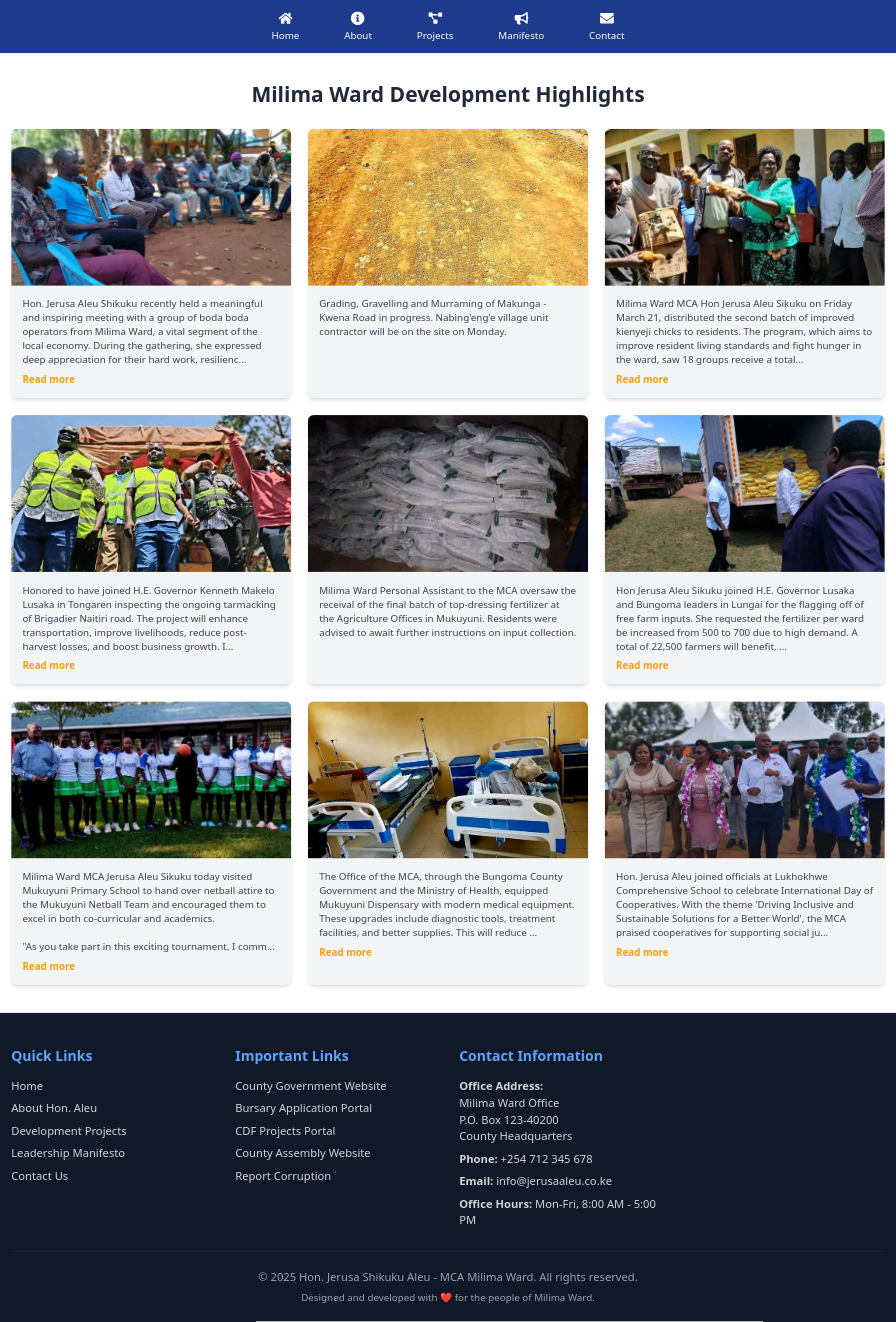
Repository: Engineer-collo/Hon_Jerusa_Shikuku_Aleu
Page: /projects
An editor plug-in stored every save of this project. The page is shown before and after a run of saves, followed by the edit.
The browser window is 1280 px wide. The pictures show the whole page, at 70% of full size.
The project was rebuilt for these pictures with package versions that can differ from the ones it lists, and the page was loaded fresh each time. Also part of the build but not shown: vite.config.js, src/Hero.jsx, src/Home.jsx, src/About.jsx, src/Manifesto.jsx, src/Contact.jsx.

Above is the page before, as saved 2025-07-18 18:16:20.

### index.html
<!DOCTYPE html>
<html lang="en">
<head>
  <meta charset="UTF-8">
  <meta name="viewport" content="width=device-width, initial-scale=1.0">
  <title>React Vite Starter</title>
</head>
<body class="bg-gray-100">
  <div id="root"></div>
  <script type="module" src="/src/main.jsx"></script>
</body>
</html>

### src/main.jsx
import React from 'react'
import ReactDOM from 'react-dom/client'
import './index.css'
import App from './App'

ReactDOM.createRoot(document.getElementById('root')).render(
  <React.StrictMode>
    <App />
  </React.StrictMode>,
)

### src/App.jsx
import React from 'react';
import { BrowserRouter as Router, Routes, Route } from 'react-router-dom';
import Footer from './Footer';
import Navbar from './Navbar';
import Homepage from './Home';
import About from './About';
import Projects from './Projects';
import Manifesto from './Manifesto';
import Contact from './Contact';

function App() {
  return (
    <Router>
      <div className="min-h-screen w-full overflow-x-hidden bg-gray-50 flex flex-col">
        <Navbar />
        <div className="flex-1 flex flex-col">
          <Routes>
            <Route path="/" element={<Homepage />} />
            <Route path="/about" element={<About />} />
            <Route path="/projects" element={<Projects />} />
            <Route path="/manifesto" element={<Manifesto />} />
            <Route path="/contact" element={<Contact />} />
          </Routes>
        </div>
        <Footer />
      </div>
    </Router>
  );
}

export default App;

### src/Footer.jsx
import React from 'react';
import { Link } from 'react-router-dom';

const Footer = () => {
  return (
    <footer className="bg-gray-900 text-white pt-12 pb-6 w-full">
      <div className="w-full px-4">
        <div className="grid grid-cols-1 md:grid-cols-2 lg:grid-cols-4 gap-8 w-full">


          {/* Quick Links */}
          <div>
            <h3 className="text-xl font-bold mb-4 text-blue-400">Quick Links</h3>
            <ul className="space-y-2">
              <li>
                <Link to="/" className="text-gray-300 hover:text-white transition-colors duration-300">
                  Home
                </Link>
              </li>
              <li>
                <Link to="/about" className="text-gray-300 hover:text-white transition-colors duration-300">
                  About Hon. Aleu
                </Link>
              </li>
              <li>
                <Link to="/projects" className="text-gray-300 hover:text-white transition-colors duration-300">
                  Development Projects
                </Link>
              </li>
              <li>
                <Link to="/manifesto" className="text-gray-300 hover:text-white transition-colors duration-300">
                  Leadership Manifesto
                </Link>
              </li>
              <li>
                <Link to="/contact" className="text-gray-300 hover:text-white transition-colors duration-300">
                  Contact Us
                </Link>
              </li>
            </ul>
          </div>

          {/* Important Links */}
          <div>
            <h3 className="text-xl font-bold mb-4 text-blue-400">Important Links</h3>
            <ul className="space-y-2">
              <li>
                <a href="#" className="text-gray-300 hover:text-white transition-colors duration-300">
                  County Government Website
                </a>
              </li>
              <li>
                <a href="#" className="text-gray-300 hover:text-white transition-colors duration-300">
                  Bursary Application Portal
                </a>
              </li>
              <li>
                <a href="#" className="text-gray-300 hover:text-white transition-colors duration-300">
                  CDF Projects Portal
                </a>
              </li>
              <li>
                <a href="#" className="text-gray-300 hover:text-white transition-colors duration-300">
                  County Assembly Website
                </a>
              </li>
              <li>
                <a href="#" className="text-gray-300 hover:text-white transition-colors duration-300">
                  Report Corruption
                </a>
              </li>
            </ul>
          </div>

          {/* Contact Info */}
          <div>
            <h3 className="text-xl font-bold mb-4 text-blue-400">Contact Information</h3>
            <address className="not-italic text-gray-300">
              <div className="mb-2">
                <strong>Office Address:</strong><br />
                Milima Ward Office<br />
                P.O. Box 123-40200<br />
                County Headquarters
              </div>
              <div className="mb-2">
                <strong>Phone:</strong> +254 712 345 678
              </div>
              <div className="mb-2">
                <strong>Email:</strong> info@jerusaaleu.co.ke
              </div>
              <div>
                <strong>Office Hours:</strong> Mon-Fri, 8:00 AM - 5:00 PM
              </div>
            </address>
          </div>
        </div>

        {/* Copyright */}
        <div className="border-t border-gray-800 mt-8 pt-6 text-center text-gray-400">
          <p>
            &copy; {new Date().getFullYear()} Hon. Jerusa Shikuku Aleu - MCA Milima Ward. All rights reserved.
          </p>
          <p className="mt-2 text-sm">
            Designed and developed with ❤️ for the people of Milima Ward.
          </p>
        </div>
      </div>
    </footer>
  );
};

export default Footer;

### src/Navbar.jsx
import React, { useState } from 'react';
import { Link } from 'react-router-dom';
import {
  FaHome,
  FaInfoCircle,
  FaProjectDiagram,
  FaBullhorn,
  FaEnvelope,
  FaBars,
  FaTimes,
} from 'react-icons/fa';

const Navbar = () => {
  const [isOpen, setIsOpen] = useState(false);

  const toggleMenu = () => setIsOpen(!isOpen);

  return (
    <>
      {/* Mobile Menu Toggle */}
      <div className="md:hidden p-4 flex justify-between items-center bg-blue-900 text-white">
        <h1 className="text-xl font-bold">My Site</h1>
        <button onClick={toggleMenu}>
          {isOpen ? <FaTimes size={24} /> : <FaBars size={24} />}
        </button>
      </div>

      {/* Mobile Sidebar */}
      {isOpen && (
        <div className="md:hidden fixed top-0 left-0 h-full w-3/4 bg-blue-800 text-white p-6 z-50 transition-all">
          <div className="flex flex-col space-y-6 text-lg">
            <Link to="/" onClick={toggleMenu} className="flex items-center gap-3">
              <FaHome /> Home
            </Link>
            <Link to="/about" onClick={toggleMenu} className="flex items-center gap-3">
              <FaInfoCircle /> About
            </Link>
            <Link to="/projects" onClick={toggleMenu} className="flex items-center gap-3">
              <FaProjectDiagram /> Projects
            </Link>
            <Link to="/manifesto" onClick={toggleMenu} className="flex items-center gap-3">
              <FaBullhorn /> Manifesto
            </Link>
            <Link to="/contact" onClick={toggleMenu} className="flex items-center gap-3">
              <FaEnvelope /> Contact
            </Link>
          </div>
        </div>
      )}

      {/* Desktop Navbar */}
      <div className="hidden md:flex justify-center bg-blue-900 text-white py-4">
        <div className="flex gap-16 text-center">
          <Link to="/" className="flex flex-col items-center hover:text-amber-400 transition">
            <FaHome size={20} />
            <span className="mt-1 text-sm">Home</span>
          </Link>
          <Link to="/about" className="flex flex-col items-center hover:text-amber-400 transition">
            <FaInfoCircle size={20} />
            <span className="mt-1 text-sm">About</span>
          </Link>
          <Link to="/projects" className="flex flex-col items-center hover:text-amber-400 transition">
            <FaProjectDiagram size={20} />
            <span className="mt-1 text-sm">Projects</span>
          </Link>
          <Link to="/manifesto" className="flex flex-col items-center hover:text-amber-400 transition">
            <FaBullhorn size={20} />
            <span className="mt-1 text-sm">Manifesto</span>
          </Link>
          <Link to="/contact" className="flex flex-col items-center hover:text-amber-400 transition">
            <FaEnvelope size={20} />
            <span className="mt-1 text-sm">Contact</span>
          </Link>
        </div>
      </div>
    </>
  );
};

export default Navbar;

Loaded but not shown: src/index.css (common file); tailwind.config.js (common file); src/Projects.jsx (371 lines, source omitted)

After the next 2 saves:
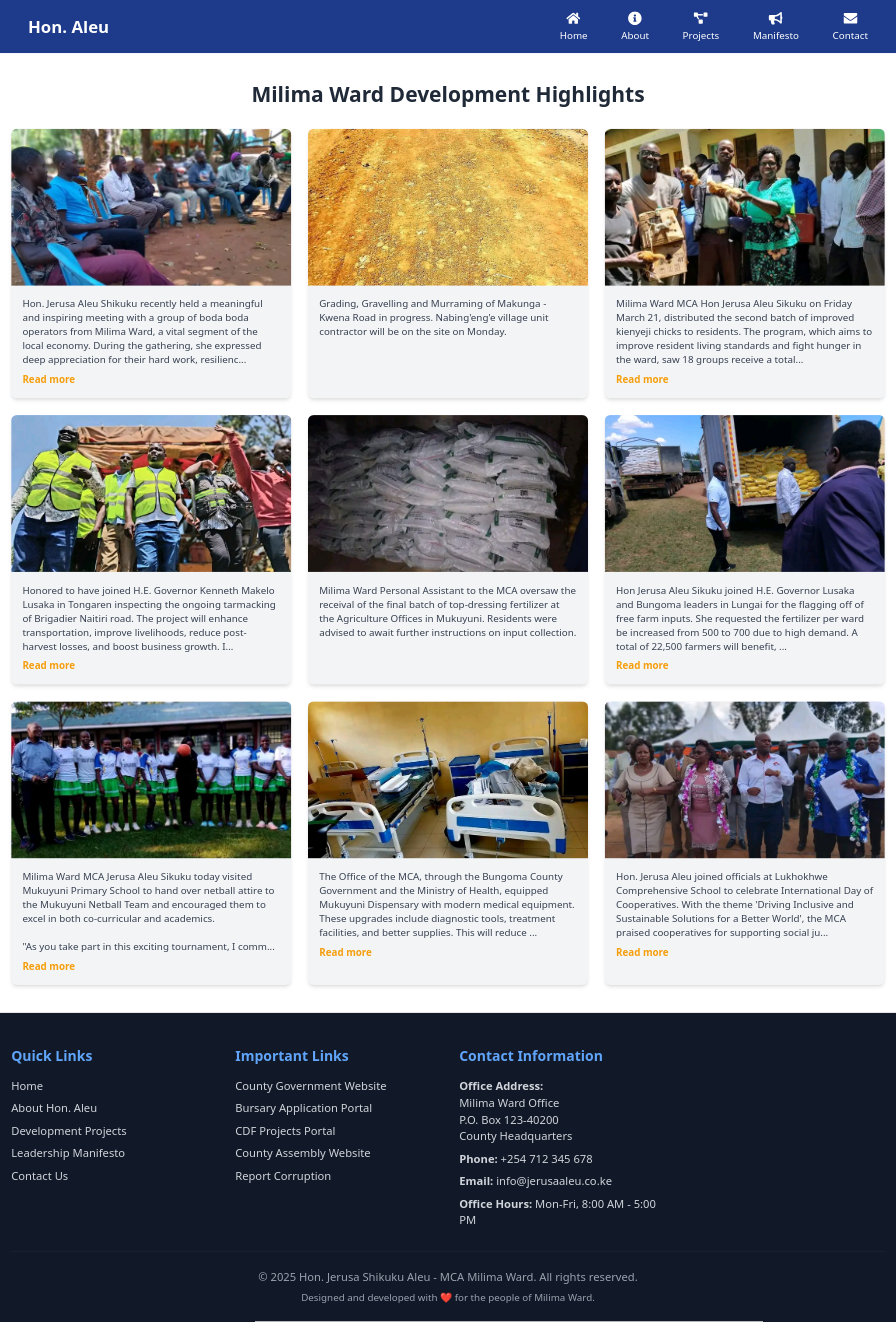
The 2 saves are shown as one change because they came seconds apart.
The last was saved 8 min 15 s later.
--- a/src/Navbar.jsx
+++ b/src/Navbar.jsx
@@ -17,9 +17,11 @@ const Navbar = () => {
 
   return (
     <>
-      {/* Mobile Menu Toggle */}
+      {/* Mobile Navbar Header */}
       <div className="md:hidden p-4 flex justify-between items-center bg-blue-900 text-white">
-        <h1 className="text-xl font-bold">My Site</h1>
+        <h1 className="text-xl font-bold">
+          <Link to="/" className="hover:text-amber-400 transition">Hon. Aleu</Link>
+        </h1>
         <button onClick={toggleMenu}>
           {isOpen ? <FaTimes size={24} /> : <FaBars size={24} />}
         </button>
@@ -49,8 +51,14 @@ const Navbar = () => {
       )}
 
       {/* Desktop Navbar */}
-      <div className="hidden md:flex justify-center bg-blue-900 text-white py-4">
-        <div className="flex gap-16 text-center">
+      <div className="hidden md:flex items-center justify-between bg-blue-900 text-white py-4 px-10">
+        {/* Logo */}
+        <div className="text-2xl font-bold">
+          <Link to="/" className="hover:text-amber-400 transition">Hon. Aleu</Link>
+        </div>
+
+        {/* Navigation */}
+        <div className="flex gap-12">
           <Link to="/" className="flex flex-col items-center hover:text-amber-400 transition">
             <FaHome size={20} />
             <span className="mt-1 text-sm">Home</span>
